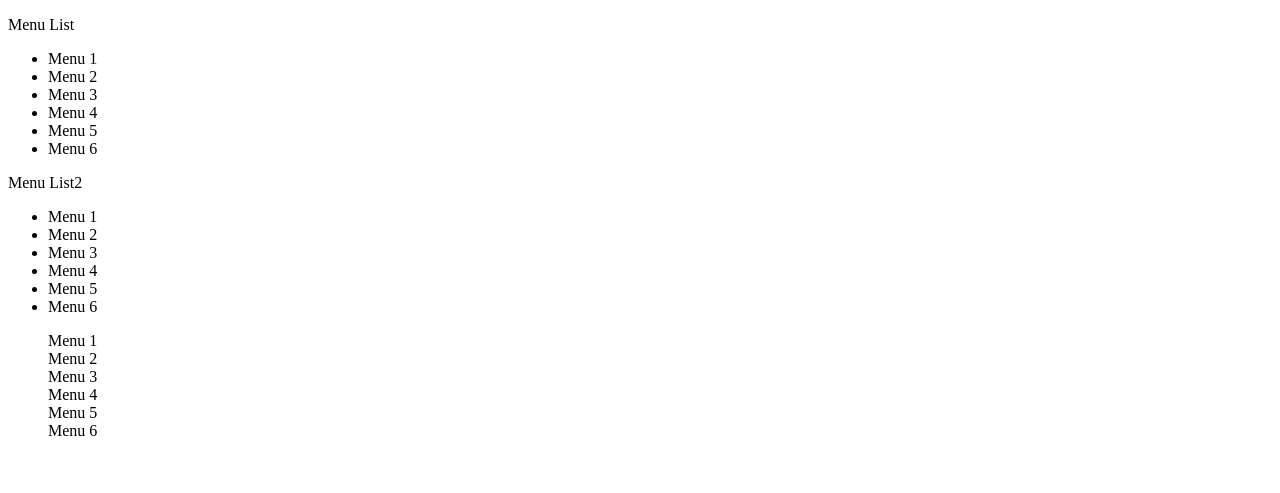
Repository: bjKim2/JSP
Page: HTML/src/main/webapp/Lec04.html
The author's editor kept a copy of each file at every save. The page is drawn from the files as they stood at one save, then again after the next save.
The browser window is 1280 px wide. The pictures show the whole page.

Above is the page before, as saved 2022-03-15 03:15:37.

### HTML/src/main/webapp/Lec04.html
<!DOCTYPE html>
<html>
	<head>
		<meta charset="UTF-8">
		<title>Insert title here</title>
	</head>
	<body>
		<p>Menu List</p>
		<ul>
			<li>Menu 1</li>
			<li>Menu 2</li>
			<li>Menu 3</li>
			<li>Menu 4</li>
			<li>Menu 5</li>
			<li>Menu 6</li>
		</ul>


		<p>Menu List2</p>

		<ul>
			<li>Menu 1</li>
			<li>Menu 2</li>
			<li>Menu 3</li>
			<li>Menu 4</li>
			<li>Menu 5</li>
			<li>Menu 6</li>
		</ul>

		<dl><!-- data line -->
			<dt><!-- data title -->
				<dd>Menu 1</dd> <!-- data data -->
				<dd>Menu 2</dd>
				<dd>Menu 3</dd>
				<dd>Menu 4</dd>
				<dd>Menu 5</dd>
				<dd>Menu 6</dd>

			</dt>


		</dl>

	</body>
</html>

After the next save:
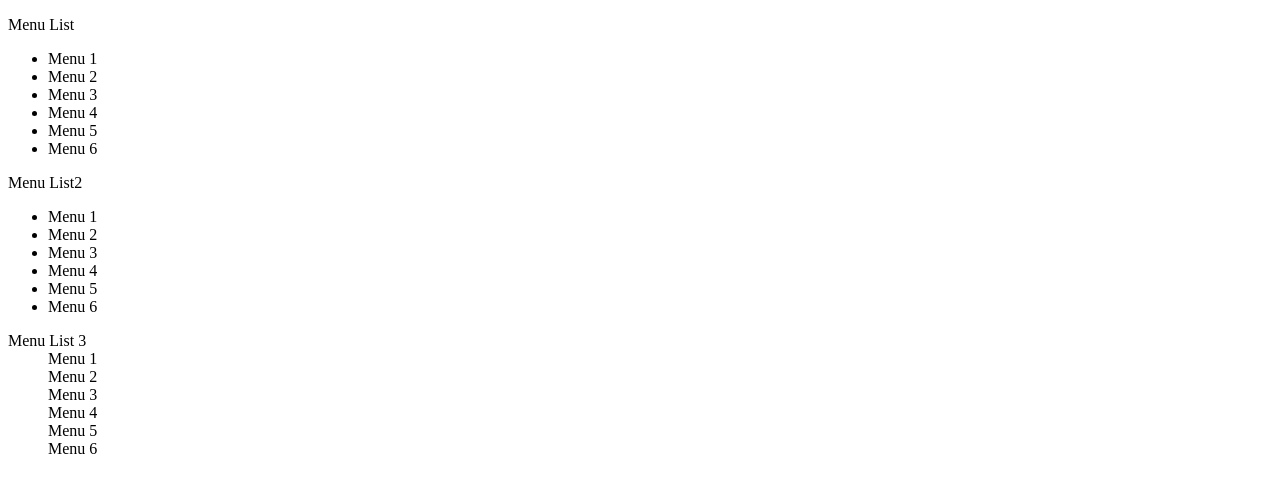
Saved 36 s later.
--- a/HTML/src/main/webapp/Lec04.html
+++ b/HTML/src/main/webapp/Lec04.html
@@ -28,7 +28,7 @@
 		</ul>
 
 		<dl><!-- data line -->
-			<dt><!-- data title -->
+			<dt>Menu List 3</dt><!-- data title -->
 				<dd>Menu 1</dd> <!-- data data -->
 				<dd>Menu 2</dd>
 				<dd>Menu 3</dd>
@@ -36,9 +36,6 @@
 				<dd>Menu 5</dd>
 				<dd>Menu 6</dd>
 
-			</dt>
-
-
 		</dl>
 
 	</body>
